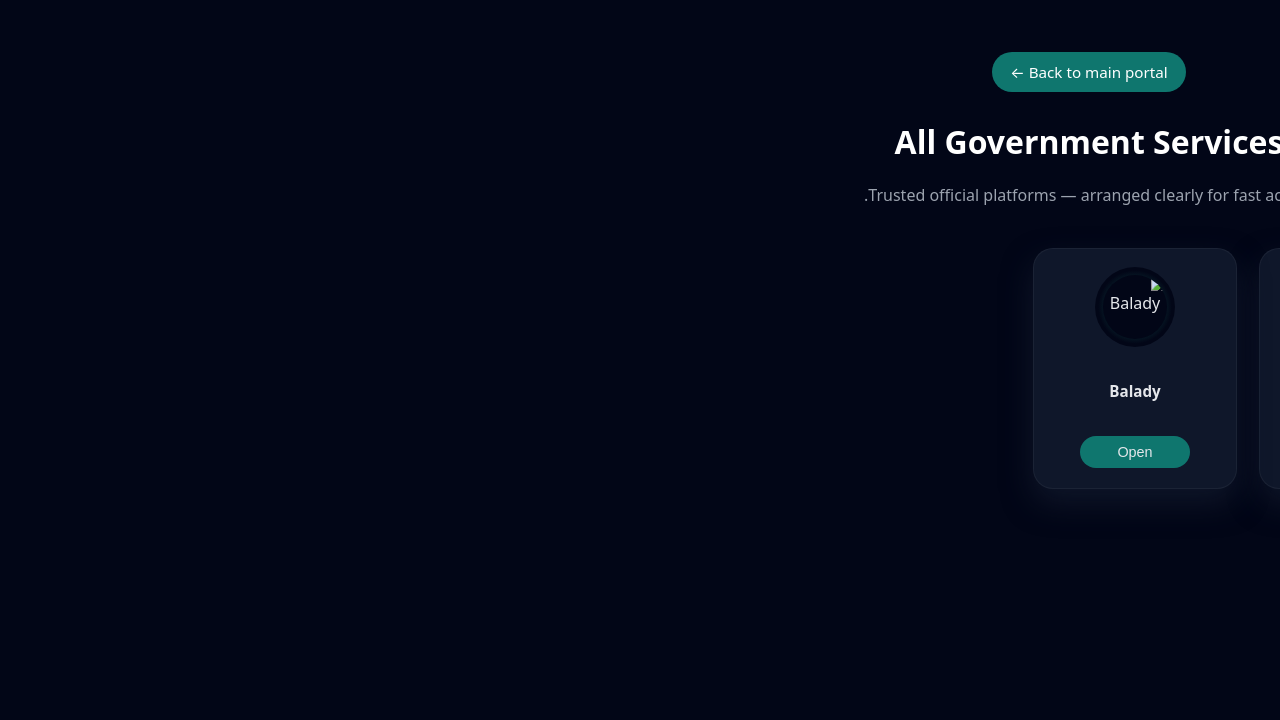
Repository: seesafar/GovLinksApp
Page: docs/services-en.html
These files come from the project's save history. The page is drawn as it stood at one moment and after the next save; the edit follows.
The browser window is 1280 px wide. The pictures show the whole page.

Above is the page before, as saved 2025-11-29 00:42:56.
Not found: docs/assets/services/service-01.png
Not found: docs/assets/services/service-02.png
Not found: docs/assets/services/service-03.png

### docs/services-en.html
<!DOCTYPE html>
<html lang="en" dir="ltr">
<head>
  <meta charset="UTF-8" />
  <meta name="viewport" content="width=device-width, initial-scale=1.0" />
  <title>OneLink · All Government Services</title>

  <link rel="stylesheet" href="css/style.css" />

  <style>
    body {
      background: #020617;
      color: #e5e7eb;
      font-family: system-ui, -apple-system, "Segoe UI", sans-serif;
    }

    .page-wrap {
      max-width: 1200px;
      margin: 40px auto;
      padding: 20px;
    }

    /* Back button */
    .back-row {
      margin-bottom: 30px;
      text-align: center;
    }
    .back-link {
      padding: 10px 18px;
      background: #0f766e;
      color: #fff;
      border-radius: 999px;
      text-decoration: none;
      font-size: 0.95rem;
      transition: 0.2s;
    }
    .back-link:hover {
      background: #0d5e56;
    }

    /* Page title */
    h1 {
      font-size: 32px;
      margin-bottom: 10px;
      color: #fff;
      text-align: center;
    }
    .subtitle {
      font-size: 16px;
      color: #9ca3af;
      margin-bottom: 40px;
      text-align: center;
    }

    /* Grid */
    .services-grid {
      display: grid;
      grid-template-columns: repeat(7, 1fr);
      gap: 22px;
      justify-items: center;
    }

    /* Card */
    .service-card {
      background: #0f172a;
      border: 1px solid rgba(255, 255, 255, 0.05);
      padding: 18px 16px 20px;
      border-radius: 20px;
      text-align: center;
      width: 170px;
      transition: 0.2s;
      text-decoration: none;
      color: inherit;
      box-shadow: 0 14px 30px rgba(15, 23, 42, 0.9);
    }
    .service-card:hover {
      transform: translateY(-4px);
      box-shadow: 0 18px 40px rgba(0, 0, 0, 0.6);
      border-color: rgba(45, 212, 191, 0.7);
    }

    /* Logo circle (زي اللي في الصور) */
    .service-logo-ring {
      width: 80px;
      height: 80px;
      border-radius: 999px;
      background: radial-gradient(circle, rgba(34,197,163,0.45), #020617 65%);
      margin: 0 auto 14px;
      display: flex;
      align-items: center;
      justify-content: center;
    }
    .service-logo-ring img {
      width: 64px;
      height: 64px;
      border-radius: 999px;
      object-fit: cover;
      background: #020617;
    }

    .service-name {
      font-size: 0.95rem;
      font-weight: 600;
      margin-bottom: 10px;
    }

    .service-btn {
      display: inline-block;
      margin-top: 4px;
      padding: 8px 24px;
      border-radius: 999px;
      border: none;
      background: #0f766e;
      color: #e5e7eb;
      font-size: 0.9rem;
      cursor: pointer;
      transition: 0.15s;
    }
    .service-btn:hover {
      background: #059669;
      box-shadow: 0 8px 22px rgba(16, 185, 129, 0.6);
      transform: translateY(-1px);
    }

    @media (max-width: 1024px) {
      .services-grid {
        grid-template-columns: repeat(4, 1fr);
      }
    }
    @media (max-width: 768px) {
      .services-grid {
        grid-template-columns: repeat(2, 1fr);
      }
    }
  </style>
</head>

<body>
  <div class="page-wrap">
    <div class="back-row">
      <a href="index-en.html" class="back-link">Back to main portal ←</a>
    </div>

    <h1>All Government Services</h1>
    <p class="subtitle">
      Trusted official platforms — arranged clearly for fast access.
    </p>

    <div class="services-grid">

      <!-- مثال: أول خدمة -->
      <a href="https://ehkaam.sa" target="_blank" rel="noopener noreferrer" class="service-card">
        <div class="service-logo-ring">
          <img src="assets/services/service-01.png" alt="Ehkaam" />
        </div>
        <div class="service-name">Ehkaam</div>
        <button class="service-btn">Open</button>
      </a>

      <!-- مثال: خدمة ثانية -->
      <a href="https://www.etimad.sa" target="_blank" rel="noopener noreferrer" class="service-card">
        <div class="service-logo-ring">
          <img src="assets/services/service-02.png" alt="Etimad" />
        </div>
        <div class="service-name">Etimad</div>
        <button class="service-btn">Open</button>
      </a>

      <!-- مثال: خدمة ثالثة -->
      <a href="https://balady.gov.sa" target="_blank" rel="noopener noreferrer" class="service-card">
        <div class="service-logo-ring">
          <img src="assets/services/service-03.png" alt="Balady" />
        </div>
        <div class="service-name">Balady</div>
        <button class="service-btn">Open</button>
      </a>

      <!-- ... كرّر نفس البلوك لكل شعار عندك ... -->
      <!-- انسخ <a class="service-card">...</a> وعدّل: href + src + الاسم -->
      <!-- تقدر تكمّل إلى 52 خدمة عادي، الجريد بيلف تلقائي -->

    </div>
  </div>
</body>
</html>

Loaded but not shown: docs/css/style.css (2073 lines, source omitted)

After the next save:
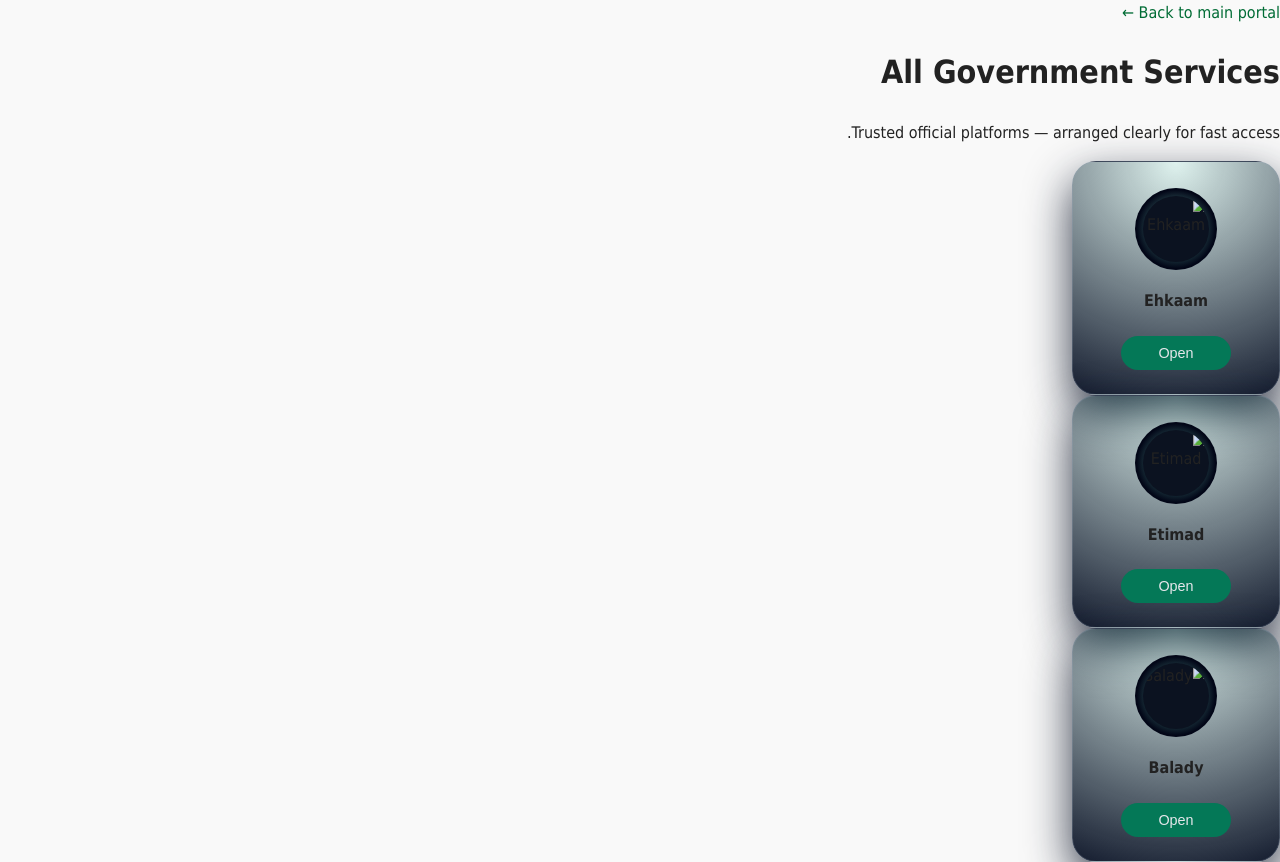
Saved 62 s later.
--- a/docs/services-en.html
+++ b/docs/services-en.html
@@ -7,132 +7,7 @@
 
   <link rel="stylesheet" href="css/style.css" />
 
-  <style>
-    body {
-      background: #020617;
-      color: #e5e7eb;
-      font-family: system-ui, -apple-system, "Segoe UI", sans-serif;
-    }
 
-    .page-wrap {
-      max-width: 1200px;
-      margin: 40px auto;
-      padding: 20px;
-    }
-
-    /* Back button */
-    .back-row {
-      margin-bottom: 30px;
-      text-align: center;
-    }
-    .back-link {
-      padding: 10px 18px;
-      background: #0f766e;
-      color: #fff;
-      border-radius: 999px;
-      text-decoration: none;
-      font-size: 0.95rem;
-      transition: 0.2s;
-    }
-    .back-link:hover {
-      background: #0d5e56;
-    }
-
-    /* Page title */
-    h1 {
-      font-size: 32px;
-      margin-bottom: 10px;
-      color: #fff;
-      text-align: center;
-    }
-    .subtitle {
-      font-size: 16px;
-      color: #9ca3af;
-      margin-bottom: 40px;
-      text-align: center;
-    }
-
-    /* Grid */
-    .services-grid {
-      display: grid;
-      grid-template-columns: repeat(7, 1fr);
-      gap: 22px;
-      justify-items: center;
-    }
-
-    /* Card */
-    .service-card {
-      background: #0f172a;
-      border: 1px solid rgba(255, 255, 255, 0.05);
-      padding: 18px 16px 20px;
-      border-radius: 20px;
-      text-align: center;
-      width: 170px;
-      transition: 0.2s;
-      text-decoration: none;
-      color: inherit;
-      box-shadow: 0 14px 30px rgba(15, 23, 42, 0.9);
-    }
-    .service-card:hover {
-      transform: translateY(-4px);
-      box-shadow: 0 18px 40px rgba(0, 0, 0, 0.6);
-      border-color: rgba(45, 212, 191, 0.7);
-    }
-
-    /* Logo circle (زي اللي في الصور) */
-    .service-logo-ring {
-      width: 80px;
-      height: 80px;
-      border-radius: 999px;
-      background: radial-gradient(circle, rgba(34,197,163,0.45), #020617 65%);
-      margin: 0 auto 14px;
-      display: flex;
-      align-items: center;
-      justify-content: center;
-    }
-    .service-logo-ring img {
-      width: 64px;
-      height: 64px;
-      border-radius: 999px;
-      object-fit: cover;
-      background: #020617;
-    }
-
-    .service-name {
-      font-size: 0.95rem;
-      font-weight: 600;
-      margin-bottom: 10px;
-    }
-
-    .service-btn {
-      display: inline-block;
-      margin-top: 4px;
-      padding: 8px 24px;
-      border-radius: 999px;
-      border: none;
-      background: #0f766e;
-      color: #e5e7eb;
-      font-size: 0.9rem;
-      cursor: pointer;
-      transition: 0.15s;
-    }
-    .service-btn:hover {
-      background: #059669;
-      box-shadow: 0 8px 22px rgba(16, 185, 129, 0.6);
-      transform: translateY(-1px);
-    }
-
-    @media (max-width: 1024px) {
-      .services-grid {
-        grid-template-columns: repeat(4, 1fr);
-      }
-    }
-    @media (max-width: 768px) {
-      .services-grid {
-        grid-template-columns: repeat(2, 1fr);
-      }
-    }
-  </style>
 </head>
 
 <body>
